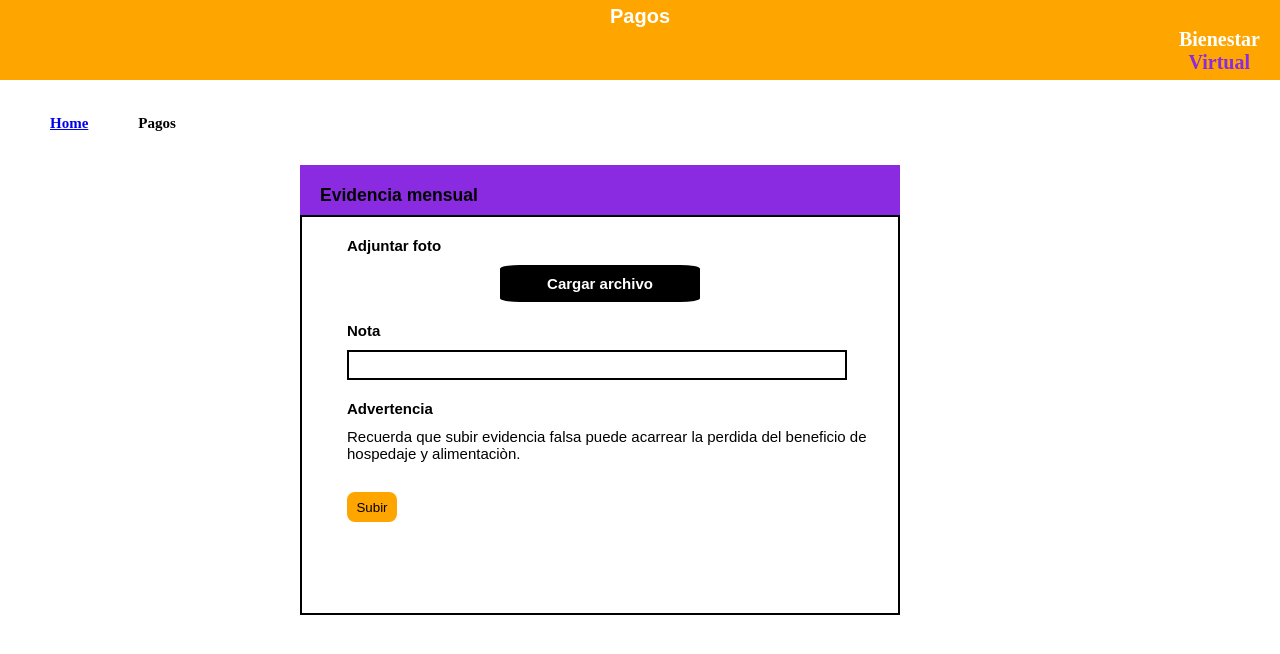
Repository: Diani123/Mis-actividades
Page: softwarebienestarinstitucional/pagos.html
An editor plug-in stored every save of this project. The page is shown before and after a run of saves, followed by the edit.
The browser window is 1280 px wide. The pictures show the whole page.

Above is the page before, as saved 2023-02-12 19:57:46.

After the next 2 saves:
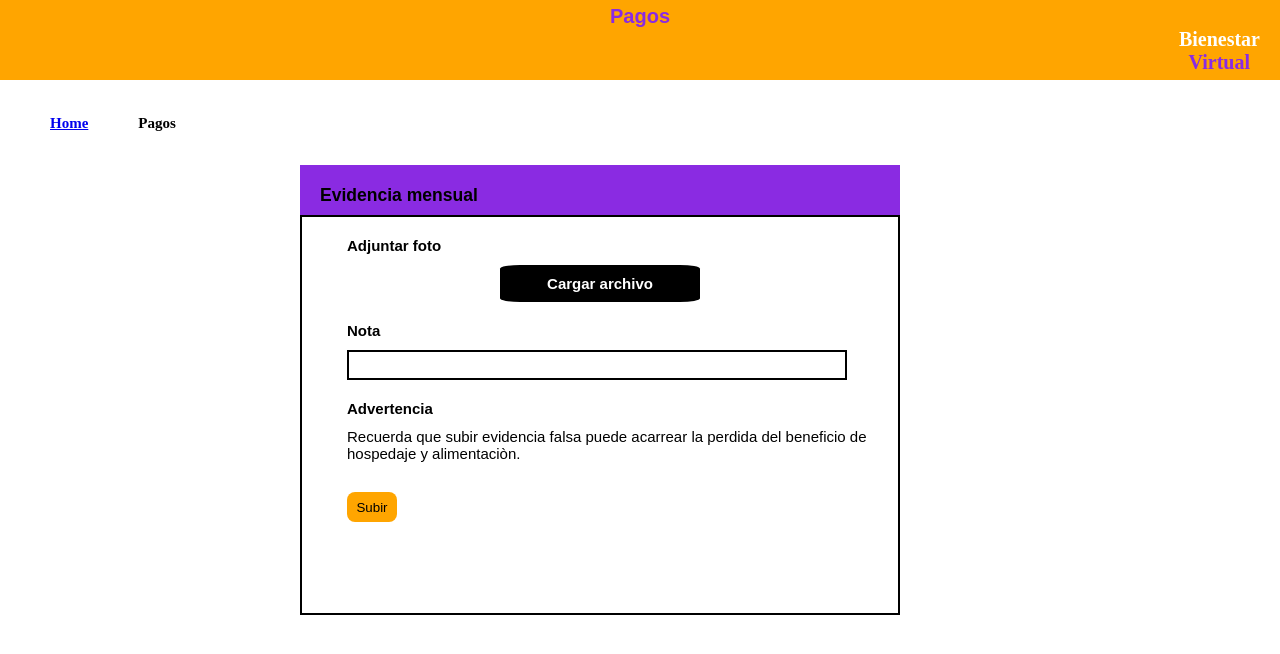
The 2 saves are shown as one change because they came seconds apart.
The last was saved 16 s later.
--- a/softwarebienestarinstitucional/pagos.css
+++ b/softwarebienestarinstitucional/pagos.css
@@ -30,7 +30,7 @@
     text-align: center;
     font-size: 2rem;
     font-family: Arial, Helvetica, sans-serif;
-    color: white;
+    color: blueviolet;
   }
   .title2 {
     text-align: end;
